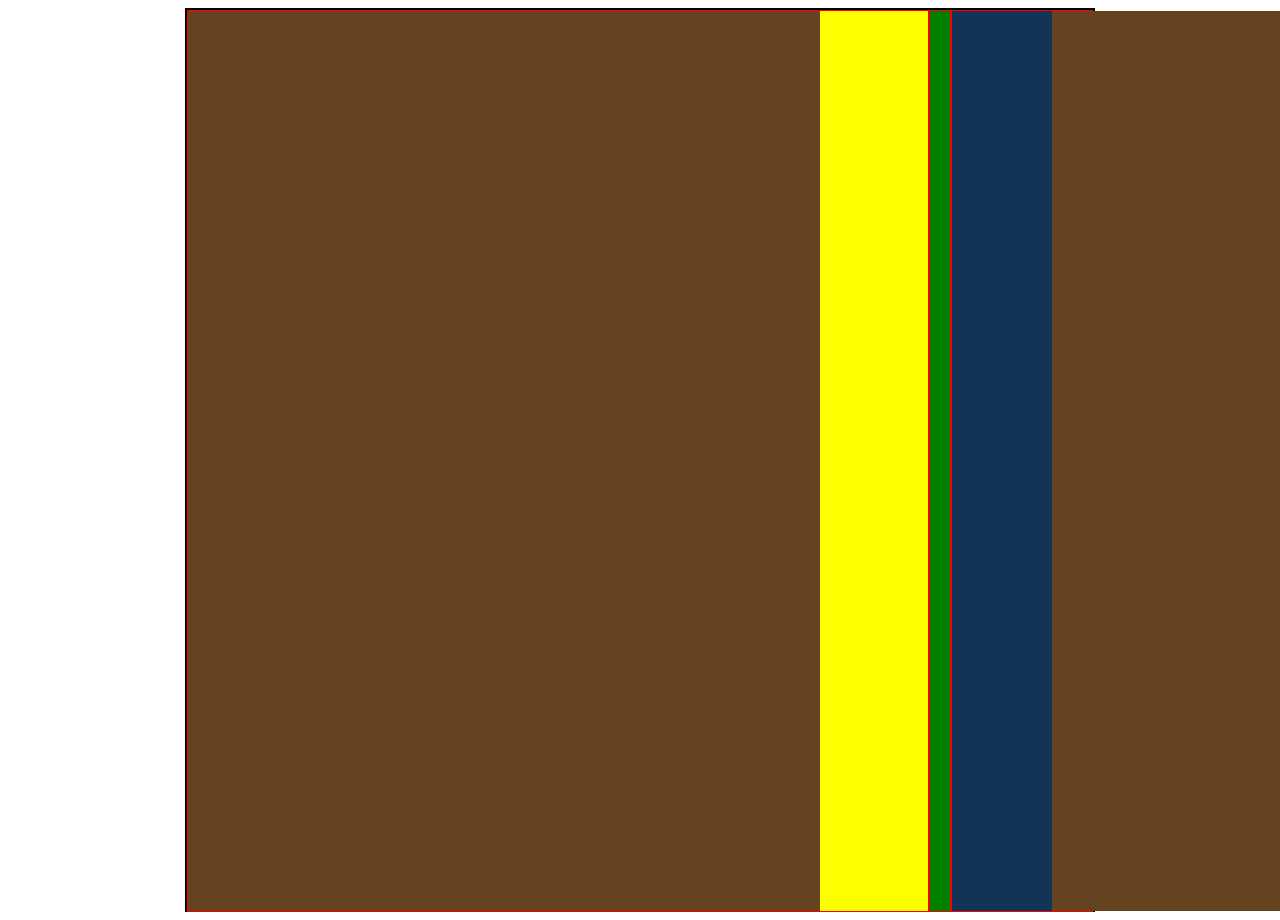
Repository: gabr/php_elicpse_workspace
Page: dwudzielna strona - test/index.html
An editor plug-in stored every save of this project. The page is shown before and after the next save, followed by the edit.
The browser window is 1280 px wide. The pictures show the whole page.

Above is the page before, as saved 2013-02-28 14:43:08.

After the next save:
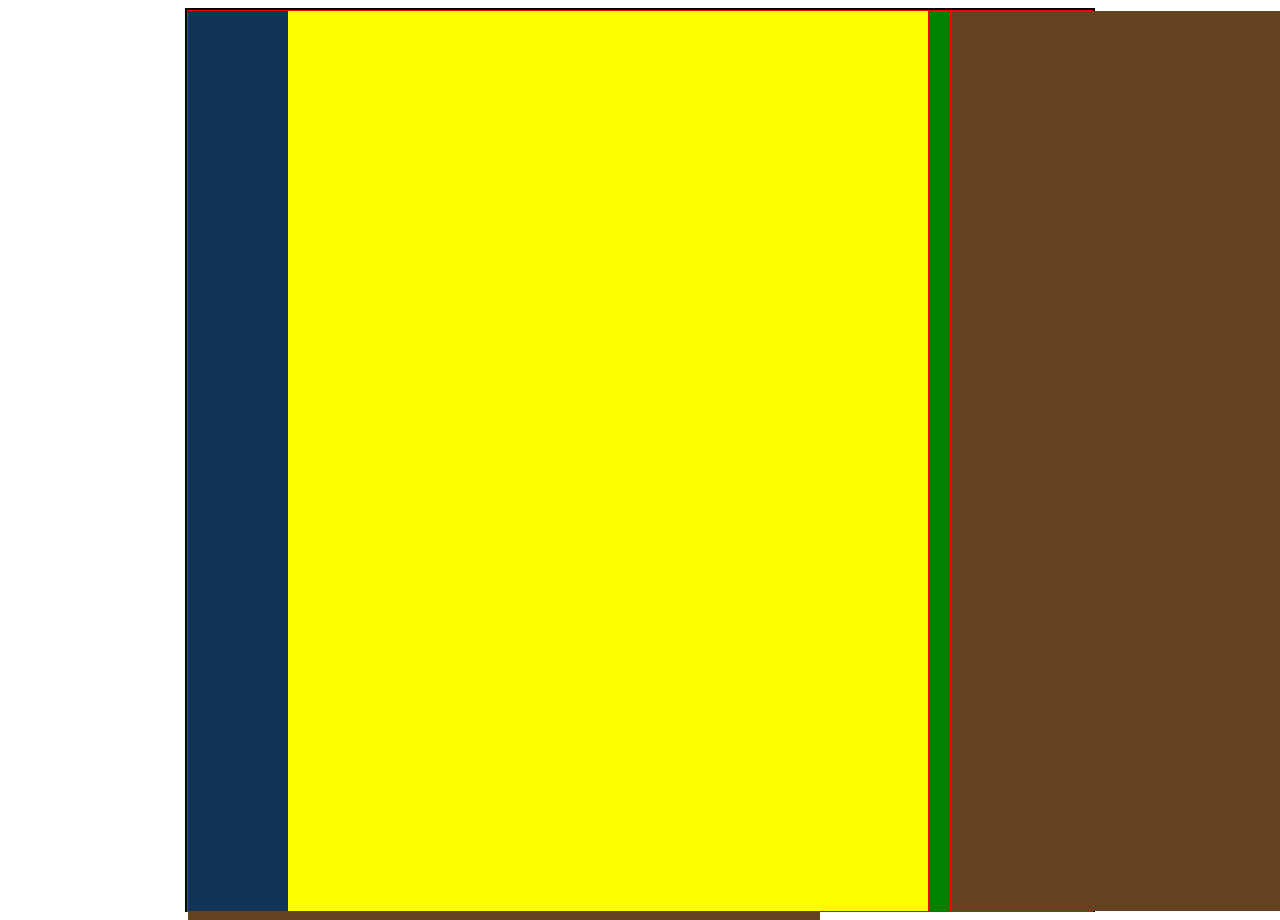
Saved 2 min 0 s later.
--- a/dwudzielna strona - test/style.css
+++ b/dwudzielna strona - test/style.css
@@ -35,7 +35,7 @@
 .panel {
   width: 100px;
   height: 900px;
-  position: fixed;
+  display: block;
   background-color: #123456;
 }
 
